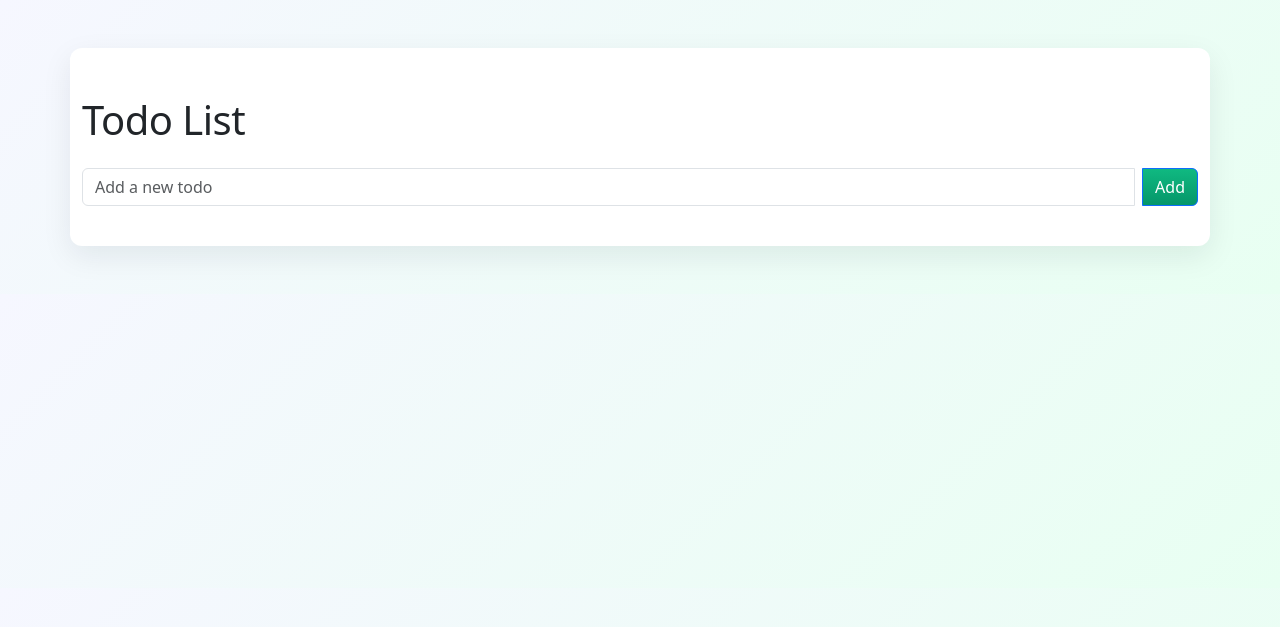
Repository: tomislavblazevic/Etridebelt
Page: / (app in frontend/)
An editor plug-in stored every save of this project. The page is shown before and after the next save, followed by the edit.
The browser window is 1280 px wide. The pictures show the whole page.
The page's requests for data from a server got no answer. The project was rebuilt for these pictures with package versions that can differ from the ones it lists, and the page was loaded fresh each time. No one was signed in, and anything a server would have sent is missing. Also part of the build but not shown: frontend/vite.config.ts.

Above is the page before, as saved 2026-03-18 15:56:02.

### frontend/public/index.html
<!doctype html>
<html lang="en">
  <head>
    <meta charset="utf-8" />
    <link rel="icon" href="%PUBLIC_URL%/favicon.ico" />
    <meta name="viewport" content="width=device-width, initial-scale=1" />
    <meta name="theme-color" content="#000000" />
    <title>Todo App</title>
  </head>
  <body>
    <noscript>You need to enable JavaScript to run this app.</noscript>
    <div id="root"></div>
  </body>
</html>

### frontend/src/index.js
import React from 'react';
import ReactDOM from 'react-dom/client';
import App from './App'; // Provjeri zove li se tvoja glavna komponenta App.js
import 'bootstrap/dist/css/bootstrap.min.css';

const root = ReactDOM.createRoot(document.getElementById('root'));
root.render(
  <React.StrictMode>
    <App />
  </React.StrictMode>
);

### frontend/src/App.tsx
import React, { useState, useEffect } from 'react';
import axios from 'axios';
import './App.css';

const REACT_API = process.env.REACT_APP_API_URL && process.env.REACT_APP_API_URL.trim();
const IS_LOCALHOST = window.location.hostname === 'localhost' || window.location.hostname === '127.0.0.1';
const USE_BACKEND = !!REACT_API || IS_LOCALHOST;
const API_URL = REACT_API || (IS_LOCALHOST ? 'http://localhost:5000/todos' : '');
const USE_LOCAL_STORAGE = !USE_BACKEND; // on GitHub Pages use localStorage for full functionality

interface Todo {
  id: number;
  text: string;
  completed: boolean;
}

function App() {
  const [todos, setTodos] = useState<Todo[]>([]);
  const [text, setText] = useState('');
  const [editingId, setEditingId] = useState<number | null>(null);
  const [editText, setEditText] = useState('');

  useEffect(() => {
    if (USE_LOCAL_STORAGE) {
      const stored = localStorage.getItem('todos');
      if (stored) {
        try {
          setTodos(JSON.parse(stored) as Todo[]);
          return;
        } catch (e) {
          // fall through to fetch static file
        }
      }
      // try load static todos.json once
      axios.get<Todo[]>(`${process.env.PUBLIC_URL || ''}/todos.json`).then((response) => {
        setTodos(response.data as Todo[]);
        localStorage.setItem('todos', JSON.stringify(response.data));
      }).catch(() => setTodos([]));
      return;
    }
    axios.get<Todo[]>(API_URL).then((response) => {
      setTodos(response.data as Todo[]);
    }).catch(() => {
      setTodos([]);
    });
  }, []);

  const persist = (nextTodos: Todo[]) => {
    setTodos(nextTodos);
    if (USE_LOCAL_STORAGE) localStorage.setItem('todos', JSON.stringify(nextTodos));
  };

  const addTodo = (e: React.FormEvent) => {
    e.preventDefault();
    if (!text.trim()) return;
    if (USE_LOCAL_STORAGE) {
      const next: Todo = { id: Date.now(), text, completed: false };
      persist([...todos, next]);
      setText('');
      return;
    }
    axios.post<Todo>(API_URL, { text }).then((response) => {
      setTodos([...todos, response.data]);
      setText('');
    });
  };

  const deleteTodo = (id: number) => {
    if (USE_LOCAL_STORAGE) {
      persist(todos.filter((todo) => todo.id !== id));
      return;
    }
    axios.delete(`${API_URL}/${id}`).then(() => {
      setTodos(todos.filter((todo) => todo.id !== id));
    });
  };

  const startEditing = (id: number, currentText: string) => {
    setEditingId(id);
    setEditText(currentText);
  };

  const saveEdit = (id: number) => {
    if (USE_LOCAL_STORAGE) {
      persist(todos.map((todo) => (todo.id === id ? { ...todo, text: editText } : todo)));
      setEditingId(null);
      setEditText('');
      return;
    }
    axios.put<Todo>(`${API_URL}/${id}`, { text: editText }).then((response) => {
      setTodos(
        todos.map((todo) => (todo.id === id ? response.data : todo))
      );
      setEditingId(null);
      setEditText('');
    });
  };

  const toggleCompleted = (id: number, completed: boolean) => {
    if (USE_LOCAL_STORAGE) {
      persist(todos.map((todo) => (todo.id === id ? { ...todo, completed: !completed } : todo)));
      return;
    }
    axios.put<Todo>(`${API_URL}/${id}`, { completed: !completed }).then((response) => {
        setTodos(
            todos.map((todo) => (todo.id === id ? response.data : todo))
        );
    });
  };


  return (
    <div className="container">
      <h1 className="my-4">Todo List</h1>
      <form onSubmit={addTodo} className="mb-3">
        <div className="input-group">
          <input
            type="text"
            className="form-control"
            value={text}
            onChange={(e) => setText(e.target.value)}
            placeholder="Add a new todo"
          />
          <button type="submit" className="btn btn-primary">
            Add
          </button>
        </div>
      </form>
      <ul className="list-group">
        {todos.map((todo) => (
          <li
            key={todo.id}
            className="list-group-item d-flex justify-content-between align-items-center"
          >
            {editingId === todo.id ? (
              <input
                type="text"
                className="form-control"
                value={editText}
                onChange={(e) => setEditText(e.target.value)}
              />
            ) : (
              <span
                onClick={() => toggleCompleted(todo.id, todo.completed)}
                style={{
                  textDecoration: todo.completed ? 'line-through' : 'none',
                  cursor: 'pointer',
                }}
              >
                {todo.text}
              </span>
            )}
            <div>
              {editingId === todo.id ? (
                <button
                  onClick={() => saveEdit(todo.id)}
                  className="btn btn-success btn-sm me-2"
                >
                  Save
                </button>
              ) : (
                <button
                  onClick={() => startEditing(todo.id, todo.text)}
                  className="btn btn-warning btn-sm me-2"
                >
                  Edit
                </button>
              )}
              <button
                onClick={() => deleteTodo(todo.id)}
                className="btn btn-danger btn-sm"
              >
                Delete
              </button>
            </div>
          </li>
        ))}
      </ul>
    </div>
  );
}

export default App;

### frontend/src/App.css
:root{
  --bg-start:#f6f7ff;
  --bg-end:#e8fff2;
  --primary:#4f46e5;
  --accent:#06b6d4;
  --success:#10b981;
  --muted:#6b7280;
}

body{
  background: linear-gradient(135deg,var(--bg-start),var(--bg-end));
  font-family: -apple-system, BlinkMacSystemFont, 'Segoe UI', Roboto, 'Helvetica Neue', Arial;
  color: #111827;
}

.container{
  max-width:700px;
  margin:48px auto;
  background: white;
  border-radius:12px;
  padding:24px;
  box-shadow:0 10px 30px rgba(17,24,39,0.08);
}

h1{
  color:var(--primary);
  margin-bottom:18px;
  font-size:1.75rem;
  letter-spacing:-0.5px;
}

.input-group{display:flex;gap:8px}

.form-control{
  border-radius:8px;
  border:1px solid #e6e9ef;
  padding:10px 12px;
}

.form-control:focus{
  border-color:var(--accent);
  box-shadow:0 4px 18px rgba(6,182,212,0.12);
  outline:none;
}

.btn-primary{
  background: linear-gradient(180deg,var(--success),#059669);
  border:none;
  color:#fff;
  border-radius:8px;
  padding:8px 14px;
}

.btn-primary:hover{transform:translateY(-1px)}

.list-group{margin-top:12px;border-radius:8px;overflow:hidden}

.list-group-item{
  display:flex;align-items:center;justify-content:space-between;
  padding:12px 16px;background:linear-gradient(180deg,#ffffff,#fbfdff);
  border-bottom:1px solid #f1f5f9;
}

.list-group-item:hover{background:#fbfdff}

.list-group-item span{font-size:1rem}

.list-group-item span.completed{color:var(--muted);text-decoration:line-through}

.btn-warning{background:#f59e0b;border:none;color:#fff;border-radius:6px;padding:6px 8px}
.btn-success{background:#10b981;border:none;color:#fff;border-radius:6px;padding:6px 8px}
.btn-danger{background:#ef4444;border:none;color:#fff;border-radius:6px;padding:6px 8px}

@media (max-width:640px){
  .container{margin:20px;padding:16px}
  h1{font-size:1.4rem}
}

### frontend/public/todos.json
[
  { "id": 1, "text": "Example todo (static)", "completed": false },
  { "id": 2, "text": "Deploy backend or set REACT_APP_API_URL", "completed": false }
]

After the next save:
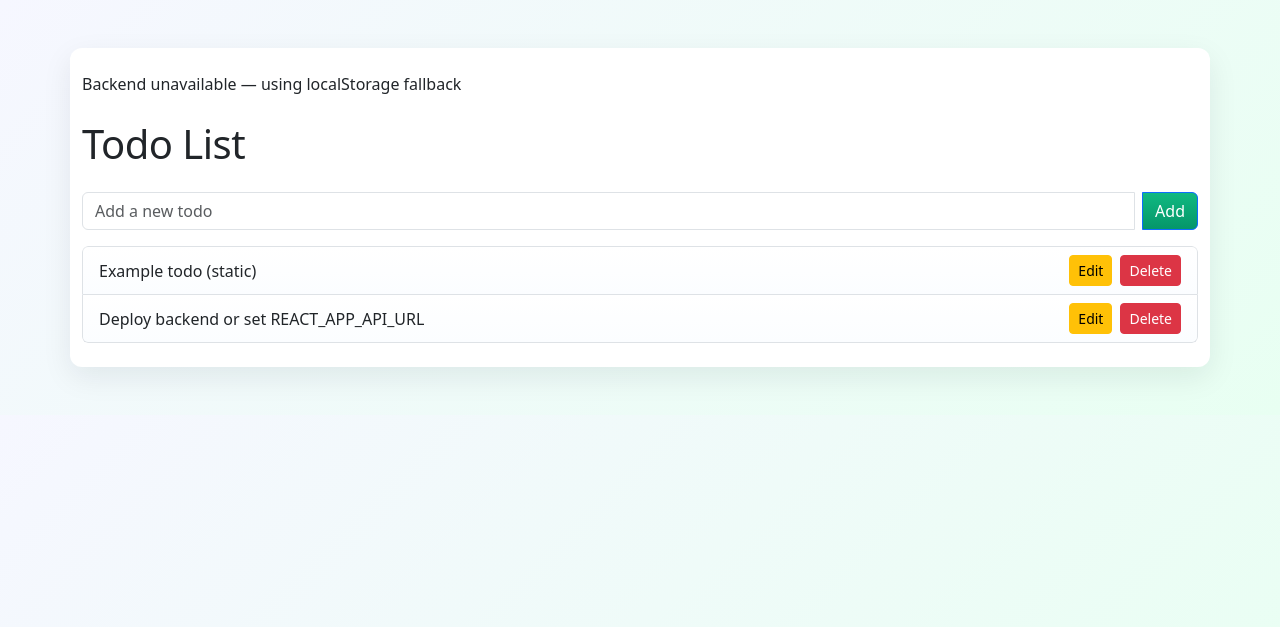
Saved 6 min 22 s later.
--- a/frontend/src/App.tsx
+++ b/frontend/src/App.tsx
@@ -19,6 +19,8 @@ function App() {
   const [text, setText] = useState('');
   const [editingId, setEditingId] = useState<number | null>(null);
   const [editText, setEditText] = useState('');
+  const [fallbackLocal, setFallbackLocal] = useState(false);
+  const [errorMessage, setErrorMessage] = useState<string | null>(null);
 
   useEffect(() => {
     if (USE_LOCAL_STORAGE) {
@@ -38,22 +40,38 @@ function App() {
       }).catch(() => setTodos([]));
       return;
     }
+
     axios.get<Todo[]>(API_URL).then((response) => {
       setTodos(response.data as Todo[]);
     }).catch(() => {
-      setTodos([]);
+      // Backend not reachable: fall back to localStorage and inform the user
+      setErrorMessage('Backend unavailable — using localStorage fallback');
+      setFallbackLocal(true);
+      const stored = localStorage.getItem('todos');
+      if (stored) {
+        try {
+          setTodos(JSON.parse(stored) as Todo[]);
+          return;
+        } catch (e) {
+          // fall through to fetch static file
+        }
+      }
+      axios.get<Todo[]>(`${process.env.PUBLIC_URL || ''}/todos.json`).then((response) => {
+        setTodos(response.data as Todo[]);
+        localStorage.setItem('todos', JSON.stringify(response.data));
+      }).catch(() => setTodos([]));
     });
   }, []);
 
   const persist = (nextTodos: Todo[]) => {
     setTodos(nextTodos);
-    if (USE_LOCAL_STORAGE) localStorage.setItem('todos', JSON.stringify(nextTodos));
+    if (USE_LOCAL_STORAGE || fallbackLocal) localStorage.setItem('todos', JSON.stringify(nextTodos));
   };
 
   const addTodo = (e: React.FormEvent) => {
     e.preventDefault();
     if (!text.trim()) return;
-    if (USE_LOCAL_STORAGE) {
+    if (USE_LOCAL_STORAGE || fallbackLocal) {
       const next: Todo = { id: Date.now(), text, completed: false };
       persist([...todos, next]);
       setText('');
@@ -62,16 +80,27 @@ function App() {
     axios.post<Todo>(API_URL, { text }).then((response) => {
       setTodos([...todos, response.data]);
       setText('');
+    }).catch(() => {
+      // If POST fails, fallback to local storage and notify
+      setErrorMessage('Failed to reach backend; saved locally instead');
+      setFallbackLocal(true);
+      const next: Todo = { id: Date.now(), text, completed: false };
+      persist([...todos, next]);
+      setText('');
     });
   };
 
   const deleteTodo = (id: number) => {
-    if (USE_LOCAL_STORAGE) {
+    if (USE_LOCAL_STORAGE || fallbackLocal) {
       persist(todos.filter((todo) => todo.id !== id));
       return;
     }
     axios.delete(`${API_URL}/${id}`).then(() => {
       setTodos(todos.filter((todo) => todo.id !== id));
+    }).catch(() => {
+      setErrorMessage('Failed to reach backend; delete applied locally');
+      setFallbackLocal(true);
+      persist(todos.filter((todo) => todo.id !== id));
     });
   };
 
@@ -81,7 +110,7 @@ function App() {
   };
 
   const saveEdit = (id: number) => {
-    if (USE_LOCAL_STORAGE) {
+    if (USE_LOCAL_STORAGE || fallbackLocal) {
       persist(todos.map((todo) => (todo.id === id ? { ...todo, text: editText } : todo)));
       setEditingId(null);
       setEditText('');
@@ -93,11 +122,17 @@ function App() {
       );
       setEditingId(null);
       setEditText('');
+    }).catch(() => {
+      setErrorMessage('Failed to reach backend; edit saved locally');
+      setFallbackLocal(true);
+      persist(todos.map((todo) => (todo.id === id ? { ...todo, text: editText } : todo)));
+      setEditingId(null);
+      setEditText('');
     });
   };
 
   const toggleCompleted = (id: number, completed: boolean) => {
-    if (USE_LOCAL_STORAGE) {
+    if (USE_LOCAL_STORAGE || fallbackLocal) {
       persist(todos.map((todo) => (todo.id === id ? { ...todo, completed: !completed } : todo)));
       return;
     }
@@ -105,12 +140,21 @@ function App() {
         setTodos(
             todos.map((todo) => (todo.id === id ? response.data : todo))
         );
+    }).catch(() => {
+      setErrorMessage('Failed to reach backend; change applied locally');
+      setFallbackLocal(true);
+      persist(todos.map((todo) => (todo.id === id ? { ...todo, completed: !completed } : todo)));
     });
   };
 
 
   return (
     <div className="container">
+      {errorMessage && (
+        <div className="alert-fallback" role="alert">
+          {errorMessage}
+        </div>
+      )}
       <h1 className="my-4">Todo List</h1>
       <form onSubmit={addTodo} className="mb-3">
         <div className="input-group">
